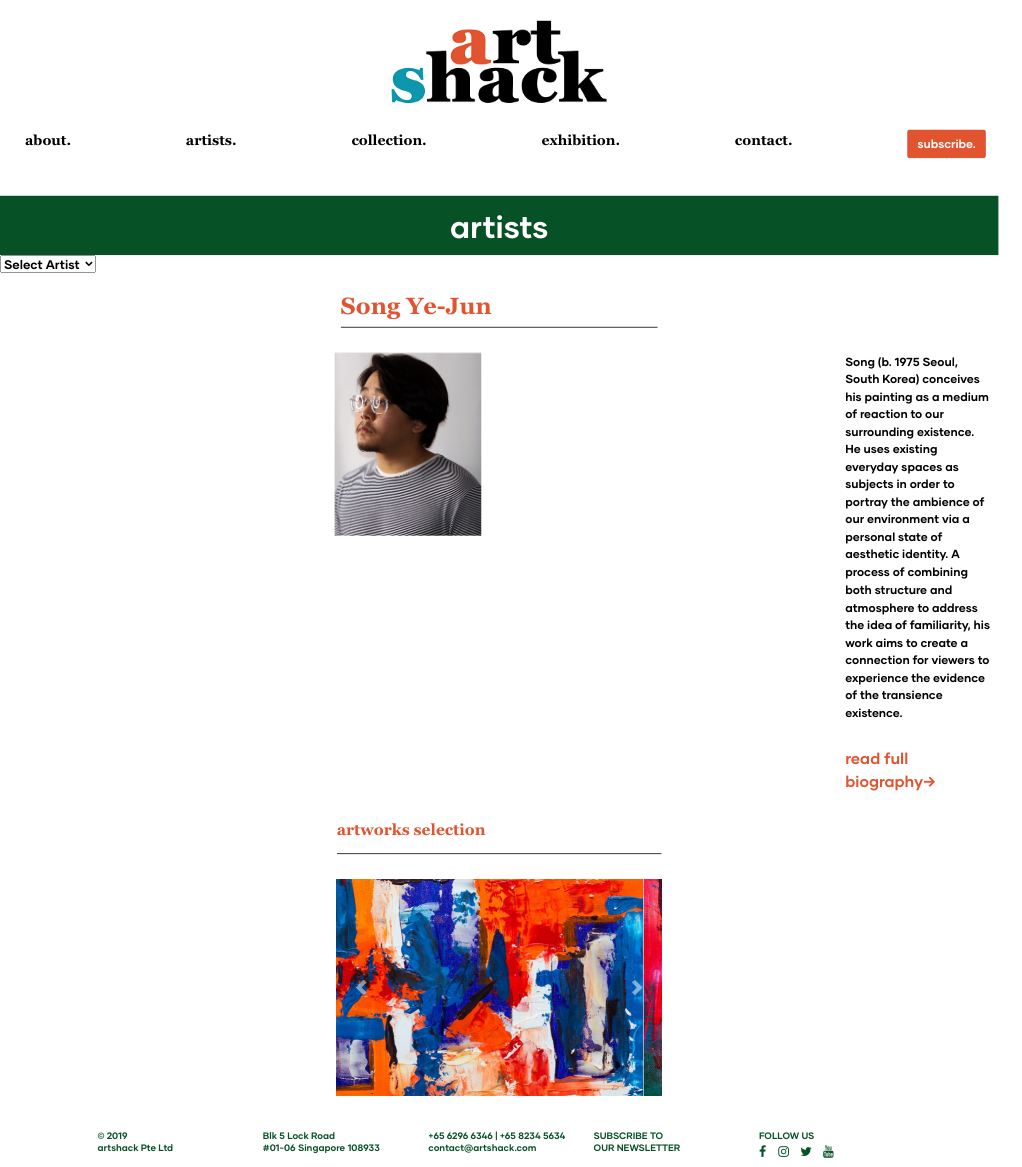
Repository: lynette-lyf/artshack
Page: songyejun.html
The author's editor kept a record of every edit. The page is drawn from the files as they stood at one moment, then again after the next edit.
The browser window is 1280 px wide. The page is 1310 px wide, so the pictures cover 1310 px, including what lies to the right of the window. The pictures show the whole page, at 78% of full size.

Above is the page before.
Not found: artists.css

### songyejun.html
<!doctype html>
<html lang="en">

<head>
  <!-- Required meta tags -->
  <meta charset="utf-8">
  <meta name="viewport" content="width=device-width, initial-scale=1, shrink-to-fit=no">

  <!-- Bootstrap CSS -->
  <link rel="stylesheet" href="https://stackpath.bootstrapcdn.com/bootstrap/4.3.1/css/bootstrap.min.css" integrity="sha384-ggOyR0iXCbMQv3Xipma34MD+dH/1fQ784/j6cY/iJTQUOhcWr7x9JvoRxT2MZw1T" crossorigin="anonymous">
  <link rel="stylesheet" href="artists.css" />
  <link rel="stylesheet" href="https://cdnjs.cloudflare.com/ajax/libs/font-awesome/4.7.0/css/font-awesome.min.css">
  <link href="https://unpkg.com/aos@2.3.1/dist/aos.css" rel="stylesheet">
  <title>artshack</title>

  <style>
/* font converted using font-converter.net. thank you! */
@font-face {
  font-family: "Georgia-Bold";
  src: url("./fonts/georgiab.eot"); /* IE9 Compat Modes */
  src: url("./fonts/georgiab.eot?#iefix") format("embedded-opentype"), /* IE6-IE8 */
    url("./fonts/georgiab.otf") format("opentype"), /* Open Type Font */
    url("./fonts/georgiab.svg") format("svg"), /* Legacy iOS */
    url("./fonts/georgiab.ttf") format("truetype"), /* Safari, Android, iOS */
    url("./fonts/georgiab.woff") format("woff"), /* Modern Browsers */
    url("./fonts/georgiab.woff2") format("woff2"); /* Modern Browsers */
  font-weight: normal;
  font-style: normal;
}


/* font converted using font-converter.net. thank you! */
@font-face {
  font-family: "GilmerBold";
  src: url("./fonts/GilmerBold.eot"); /* IE9 Compat Modes */
  src: url("./fonts/GilmerBold.eot?#iefix") format("embedded-opentype"), /* IE6-IE8 */
    url("./fonts/GilmerBold.otf") format("opentype"), /* Open Type Font */
    url("./fonts/GilmerBold.svg") format("svg"), /* Legacy iOS */
    url("./fonts/GilmerBold.ttf") format("truetype"), /* Safari, Android, iOS */
    url("./fonts/GilmerBold.woff") format("woff"), /* Modern Browsers */
    url("./fonts/GilmerBold.woff2") format("woff2"); /* Modern Browsers */
  font-weight: normal;
  font-style: normal;
}

    .logo {
      width: 280px;
    }

    /*Custom BootStrap4 CSS Styling credits to Saranya Rajendran @ https://stackoverflow.com/questions/49400853/how-to-change-navbar-hover-color-on-bootstrap-4/49405726*/

    .navbar-light .navbar-brand {
      color: black;
    }

    .navbar-light .navbar-nav .active>.nav-link,
    .navbar-light .navbar-nav .nav-link.active,
    .navbar-light .navbar-nav .nav-link.show,
    .navbar-light .navbar-nav .show>.nav-link {
      color: black;
    }

    .navbar-light .navbar-nav .nav-link {
      color: black;
    }

    .navbar-light .navbar-nav .nav-link-about,
    .navbar-light .navbar-nav .nav-link-artists,
    .navbar-light .navbar-nav .nav-link-collection,
    .navbar-light .navbar-nav .nav-link-exhibition,
    .navbar-light .navbar-nav .nav-link-contact {
      color: black;
    }

    .navbar-light .navbar-nav .nav-link-about:hover,
    .navbar-light .navbar-nav .nav-link-contact:hover {
      color: rgb(13, 151, 172) !important;
      text-decoration: none;
    }

    .navbar-light .navbar-nav .nav-link-artists:hover {
      color: rgb(6, 81, 37) !important;
      text-decoration: none;
    }

    .navbar-light .navbar-nav .nav-link-collection:hover {
      color: rgb(221, 160, 51) !important;
      text-decoration: none;
    }

    .navbar-light .navbar-nav .nav-link-exhibition:hover {
      color: rgb(226, 83, 47) !important;
      text-decoration: none;
    }

    .navbar ul {
      display: flex;
      align-items: stretch;
      /* Default */
      justify-content: space-between;
      width: 100%;
      background: #fff;
      margin: 0;
      padding: 0;
    }

    .navbar li {
      display: block;
      flex: 0 1 auto;
      /* Default */
      list-style-type: none;
      background: #fff;
    }

    .navbar .nav-item-subscribe {
      color: white;
    }

    .navbar {
      font-family: Georgia-Bold;
      color: black;
      font-size: 18px;
    }




    form {
      font-family: GilmerBold;
    }

    .form-group .form-control {
      background-color: rgb(6, 81, 37);
      color: white;
    }

    .btn {
      font-family: GilmerBold;
      font-size: 15px;
      color: white;
      background-color: rgb(226, 83, 47);
    }

    .btn:hover {
      color: white;
      background-color: rgb(13, 151, 172);
    }

    .btn:focus {
      color: orange;
    }

    .box {
      background-color: white;
      color: white;
    }

.container-fluid-footer h3 {
  font-family: GilmerBold;
  font-size: 12px;
  color: rgb(6,81,37);
}

.container-fluid-footer h3 a {
  text-decoration: none;
  color: rgb(6,81,37);
}


.container-fluid-footer #socials a {
  text-decoration: none;
  color: rgb(6,81,37);
  margin: 6px;
}

.container-fluid-footer #socials a:hover,
.container-fluid-footer h3 a:hover,
.container-fluid-footer .newsletter:hover{
  color: rgb(221,160,51);
}

@media (max-width: 1023px) {
  .container-fluid-footer .newsletter { display: none; }
}

.container-fluid-artists {
  background-color: rgb(6,81,37);
}

.container-fluid-artists #artists {
  font-family: GilmerBold;
  font-size: 40px;
  color: white;
}

hr {
  margin-top: 0px;
  padding: 0px;
  color: black;
  border-top: 1.5px solid;
}




.container-fluid-artistscontent #D,
.container-fluid-artistscontent #S {
  font-family: Georgia-Bold;
  font-size: 30px;
  padding: 0px;
}

.container-fluid-artistscontent #D,
.container-fluid-artistscontent #Dbio,
.container-fluid-artistscontent #Dsel {
  color: rgb(6,81,37);
}

.container-fluid-artistscontent #S,
.container-fluid-artistscontent #Sbio,
.container-fluid-artistscontent #Ssel {
  color: rgb(226,83,47);
}


.container-fluid-artistscontent #Dbio,
.container-fluid-artistscontent #Sbio {
  text-decoration:none;
  font-family:GilmerBold;
  font-size: 20px;
  text-align: right;
}

.container-fluid-artistscontent #Dbio:hover,
.container-fluid-artistscontent #Sbio:hover {
  color: rgb(221,160,51);
}

.container-fluid-artistscontent p {
  font-family: GilmerBold;
  font-size: 15px;
  color: black;
}

.container-fluid-artistscontent #Dsel,
.container-fluid-artistscontent #Ssel {
  font-family: Georgia-Bold;
  font-size: 20px;
  padding:0px;
}


  </style>

</head>



<header>
  <!--Logo with navigation to Home Page-->
  <div class="container-fluid">
    <div class="logo mx-auto pt-4">
      <a href="index.html"><img class="img-fluid" src="images/logo.png"></img></a>
    </div>

  </div>

  <div class="container-fluid pl-0 pr-0">
    <!--Navbar credits to https://getbootstrap.com/docs/4.3/components/navbar/-->
    <nav class="navbar navbar-expand-lg navbar-light bg-nobg">
      <a class="navbar-brand" href="#"></a>
      <button class="navbar-toggler" type="button" data-toggle="collapse" data-target="#navbarNav" aria-controls="navbarNav" aria-expanded="false" aria-label="Toggle navigation">
    <span class="navbar-toggler-icon"></span>
  </button>
      <div class="collapse navbar-collapse" id="navbarNav">
        <ul class="navbar-nav">
          <li class="nav-item active">
            <a class="nav-link-about" href="about.html">about.</a>
          </li>
          <li class="nav-item">
            <a class="nav-link-artists" href="artists.html">artists.</a>
          </li>
          <li class="nav-item">
            <a class="nav-link-collection" href="index.html#collection">collection.</a>
          </li>
          <li class="nav-item">
            <a class="nav-link-exhibition" href="index.html#current-exhibition">exhibition.</a>
          </li>
          <li class="nav-item">
            <a class="nav-link-contact" href="index.html#contact">contact.</a>
          </li>
          <!--Modal credits to https://mdbootstrap.com/docs/jquery/modals/forms/-->
          <li class="nav-item-subscribe">
            <a class="btn btn-default btn-rounded mb-4" data-toggle="modal" data-target="#modalSubscriptionForm">subscribe.</a>
          </li>
          <div class="modal fade" id="modalSubscriptionForm" tabindex="-1" role="dialog" aria-labelledby="myModalLabel" aria-hidden="true">
            <div class="modal-dialog" role="document">
              <div class="modal-content">
                <div class="modal-header text-center" style="color: white;background-color:rgb(221,160,51);">
                  <h4 class="modal-title">Subscribe to our Newsletter
                    <div style="font-size: 14px">(& get exclusive invitations to
                      <div> our exhibition openings!)</div>
                    </div>
                  </h4>
                  <button type="button" class="close" data-dismiss="modal" aria-label="Close">
          <span aria-hidden="true">&times;</span>
        </button>
                </div>
                <div class="modal-body" style="color: white;background-color:rgb(6,81,37);">
                  <div class="md-form mb-1 mt-2 mx-3">
                    <input type="text" id="form3" class="form-control validate">
                    <label data-error="wrong" data-success="right" for="form3">name</label>
                  </div>

                  <div class="md-form mx-3">
                    <input type="email" id="form2" class="form-control validate">
                    <label data-error="wrong" data-success="right" for="form2">email address</label>
                  </div>

                </div>
                <div class="modal-footer d-flex justify-content-center" style="color: white;background-color:rgb(226,83,47);>
        <button class=" btn btn-indigo ">Subscribe</button>
      </div>
    </div>
  </div>
</div>
        </ul>
      </div>
    </nav>
</header>

<body>
<!--Artists section-->
<div class="container-fluid-artists mt-3">
            <div class="row ">
              <div class="col text-center my-2 mx-3" id="artists">artists</div>
            </div>
</div>
 <div class="row">
              <div class="col justify-content-center id="artistform">
                <form name="artistList">
              <select name="artistMenu" id="artistMenu">
               <option value="nothing" selected="selected">Select Artist</option>
               <option value="https://www.google.com">Doãn Tú Ly</option>
               <option value="#">Song Ye-Jun</option>
              </select>
             </form>
    <script type="text/javascript">
      var urlMenu = document.getElementById('artistMenu');
      urlMenu.onchange = function() {
        var userOption = this.options[this.selectedIndex];
        if (userOption.value != "nothing") {
          window.open(userOption.value, "Artists Page", "");window.open('page.html', '_self');
        }
      }
    </script>
    </div>

<!--Artist 2-->
<div class="container-fluid-artistscontent mt-3 mx-auto">
<div class="row justify-content-center mx-auto">
<div class="col col-xl-4 col-lg-8 col-md-10 col-sm-12 mx-2 my-2"><h1 id="S">Song Ye-Jun</h1><hr></div>
</div>

<div class="row justify-content-center mx-auto">


<div class="col col-xl-2 col-lg-4 col-md-5 col-sm-12 mx-2 my-2 mx-auto"><img class="img-fluid" src="images/artist2.jpg"></div>

<div class="col col-xl-2 col-lg-4 col-md-5 col-sm-12 mx-2 my-2"><p>Song (b. 1975 Seoul, South Korea) conceives his painting
as a medium of reaction to our surrounding existence. He uses existing everyday spaces as subjects in order to portray the
ambience of our environment via a personal state of aesthetic identity. A process of combining both structure and atmosphere
 to address the idea of familiarity, his work aims to create a connection for viewers to experience the evidence of the
 transience existence.<div class="artistbio pt-3">
<a href="#" id="Sbio">read full biography→<a></div></p></div>





</div>



<div class="row justify-content-center">
<div class="col col-xl-4 col-lg-8 col-md-10 col-sm-12 mx-2 my-2"><p id="Ssel">artworks selection</p><hr></div>
</div>

<div class="row justify-content-center">
<div class="col col-xl-4 col-lg-8 col-md-10 col-sm-12 mx-2 my-2">

<div id="carouselExampleControls" class="carousel slide" data-ride="carousel">
  <div class="carousel-inner">
    <div class="carousel-item active">
      <img src="images/artist2work1.jpg" class="d-block w-100" alt="...">
    </div>
    <div class="carousel-item">
      <img src="images/artist2work2.jpg" class="d-block w-100" alt="...">
    </div>
    <div class="carousel-item">
      <img src="images/artist2work3.jpg" class="d-block w-100" alt="...">
    </div>
  </div>
  <a class="carousel-control-prev" href="#carouselExampleControls" role="button" data-slide="prev">
    <span class="carousel-control-prev-icon" aria-hidden="true"></span>
    <span class="sr-only">Previous</span>
  </a>
  <a class="carousel-control-next" href="#carouselExampleControls" role="button" data-slide="next">
    <span class="carousel-control-next-icon" aria-hidden="true"></span>
    <span class="sr-only">Next</span>
  </a>
</div>








</div>
</div>


</div>
</div>
</div>





</div>
</div>
</div>

                <!-- Optional JavaScript -->
                <!-- jQuery first, then Popper.js, then Bootstrap JS -->
                <script src="https://code.jquery.com/jquery-3.3.1.slim.min.js " integrity="sha384-q8i/X+965DzO0rT7abK41JStQIAqVgRVzpbzo5smXKp4YfRvH+8abtTE1Pi6jizo " crossorigin="anonymous ">
                </script>
                <script src="https://cdnjs.cloudflare.com/ajax/libs/popper.js/1.14.7/umd/popper.min.js " integrity="sha384-UO2eT0CpHqdSJQ6hJty5KVphtPhzWj9WO1clHTMGa3JDZwrnQq4sF86dIHNDz0W1 " crossorigin="anonymous ">
                </script>
                <script src="https://stackpath.bootstrapcdn.com/bootstrap/4.3.1/js/bootstrap.min.js " integrity="sha384-JjSmVgyd0p3pXB1rRibZUAYoIIy6OrQ6VrjIEaFf/nJGzIxFDsf4x0xIM+B07jRM " crossorigin="anonymous ">
                </script>
                <script src="https://unpkg.com/aos@2.3.1/dist/aos.js"></script>
</body>


<footer>

<!--Page footer-->
  <div class="container-fluid-footer">
  <div class="box">&nbsp;</div>
            <div class="row justify-content-center pt-1 mx-1 mt-2 mb-2">
              <div class="column col-xl-2 col-lg-2 col-md-3 col-sm-10">
<h3 class="copyright">© 2019<br>artshack Pte Ltd</h3>
</div>
<div class="column col-xl-2 col-lg-3 col-md-3 col-sm-10">
<h3 class="address">Blk 5 Lock Road<br> #01-06 Singapore 108933</h3>
</div>

<div class="column col-xl-2 col-lg-3 col-md-3 col-sm-10 ">
<h3 class="contactinfo">+65 6296 6346  |  +65 8234 5634<br><a href="mailto:contact@artshack.com">contact@artshack.com</a></h3>
</div>

<div class="column col-xl-2 col-lg-2 col-md-0 col-sm-0">
<h3 class="newsletter"><a data-toggle="modal" data-target="#modalSubscriptionForm">SUBSCRIBE TO<br>OUR NEWSLETTER</h3></a>
</div>

<div class="column col-xl-2 col-lg-2 col-md-3 col-sm-10 " id="socials">
<h3 class="socials" style="padding: 0px; margin: 0px;">FOLLOW US</h3>
  <a style="margin-left:0px;" href="https://www.facebook.com"><i class="fa fa-facebook"></i></a>
  <a style="margin:5px" href="https://www.instagram.com"><i class="fa fa-instagram"></i></a>
  <a style="margin:5px" href="https://www.twitter.com"><i class="fa fa-twitter"></i></a>
  <a style="margin:5px" href="https://www.youtube.com"><i class="fa fa-youtube"></i></a>
</div>

</div>
</div>
</div>





</footer>

</html>

After the next edit:
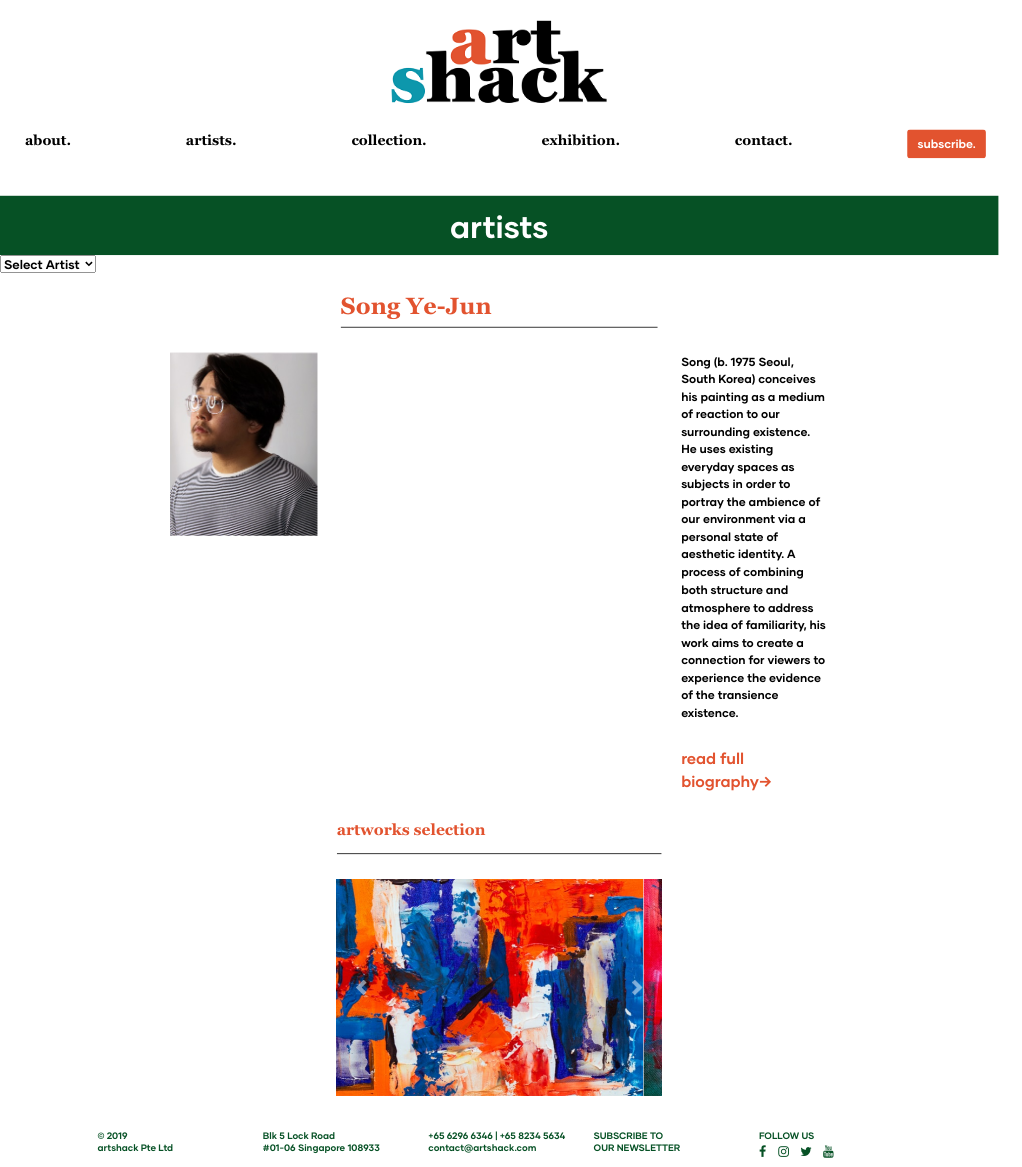
The edit:
--- a/songyejun.html
+++ b/songyejun.html
@@ -367,7 +367,7 @@
 
 <div class="col col-xl-2 col-lg-4 col-md-5 col-sm-12 mx-2 my-2 mx-auto"><img class="img-fluid" src="images/artist2.jpg"></div>
 
-<div class="col col-xl-2 col-lg-4 col-md-5 col-sm-12 mx-2 my-2"><p>Song (b. 1975 Seoul, South Korea) conceives his painting
+<div class="col col-xl-2 col-lg-4 col-md-5 col-sm-12 mx-2 my-2 mx-auto"><p>Song (b. 1975 Seoul, South Korea) conceives his painting
 as a medium of reaction to our surrounding existence. He uses existing everyday spaces as subjects in order to portray the
 ambience of our environment via a personal state of aesthetic identity. A process of combining both structure and atmosphere
  to address the idea of familiarity, his work aims to create a connection for viewers to experience the evidence of the
